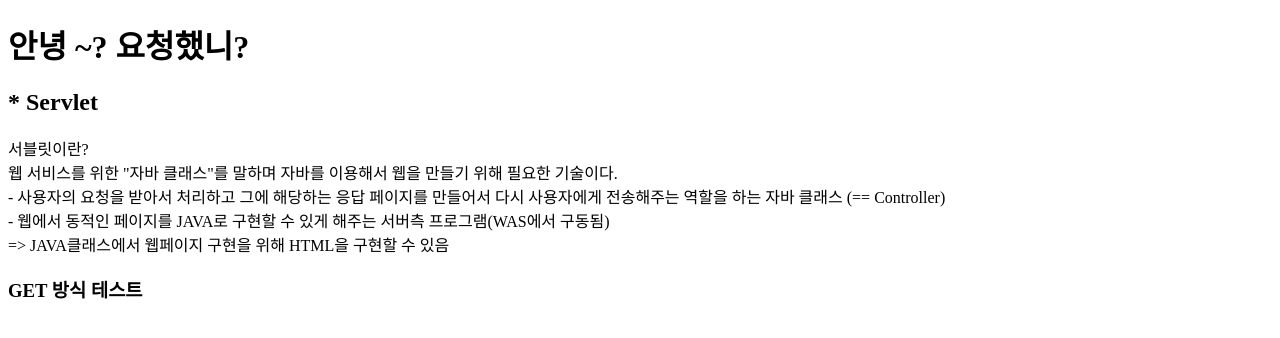
Repository: DonghwanSon1/StudyAndSubwayStore
Page: 1_Servlet/WebContent/index.html
An editor plug-in stored every save of this project. The page is shown before and after the next save, followed by the edit.
The browser window is 1280 px wide. The pictures show the whole page.

Above is the page before, as saved 2022-05-31 03:27:51.

### 1_Servlet/WebContent/index.html
<!DOCTYPE html>
<html>
<head>
<meta charset="UTF-8">
<title>서버 처음 연결</title>
</head>
<body>
	<!--
		1) 새롭게 워크스페이스를 만들어서 이클립스로 열기
		2) 워크스페이스 셋팅하기(workspace : 작업환경)

			2_1) 웹 어플리케이션 작업을 위해 java EE환경으로 설정(기본값)

			2_2) 보여질 UI탭들 셋팅하기 [window] - [Show View]
				(탭 : Navigator, Console, Problems, Servers)

			2_3) 인코딩 설정 및 서버 Runtime Environment셋팅 [window] - [Preferences]
				(General - workspace)
				(General - Editors - Text Editors - spelling)
				(Web - CSS File, HTML Files, JSP Files)
				(XML - XML Files)
				JSON - JSON Files)

			2_3_2) 서버 Runtime잡기 : 이클립스에서 서버를 실행할 수 있도록 연동하는 과정
					(servers - Runtime Environments)
					-- Add클릭  - 설치한 아파치 톰캣과 동일한 버전 선택 - Next
					- Name 수정가능(안하면 기본값) - Browse 선택 - 내가 압축해제한 아파치 톰캣 폴더 선택 - (Finish)

		3) 서버 생성하기

			3_1) [New] - [Server]

			3_2) 기본적으로 2_3_2번 과정에서 셋팅해놓은 Runtime이 잡혀있을것 ! (Server name만! 변경가능)

			3_3) Finish

			3_4) 생성된 서버 수정하기(만들어진 서버 더블 클릭)
				3_4_1) 포트번호 재설정(기본적으로 잡혀있는 8080포트와 오라클 포트가 동일하므로 충돌이 발생할 수 있다. 8080 -> 8888로 바꿔준다.)

				3_4_2) 왼쪽 하단에 ServerOptions에서 Serve Modules without publishing 체크!!!
					=> 요걸 안하면 output folder에 컴파일된 파일들이 잘 안가는 경우가 생길수 있다.!!
						무조건 꼭꼭꼭꼭꼭꼭 체크!! 중요

		4) Dynamic Web Project 만들기 !! (동적인 웹 어플리케이션)

			4_1) 프로젝트명 신중하게 작성할것 - Next

			4_2) default output folder 경로 재설정 : WebContent/WEB-INF/classes - Next
				=> output folder로 지정된 classes폴더에는 컴파일된 클래스 파일들이 들어간다.
				실제로 프로젝트 배포 시 WebContent폴더가 배포된다. (이 안에 컴파일된 클래스파일들이 있어야함!!)
				기본 경로(build/classes)로 지정해놓으면 해당 그 폴더가 WebContent안에 만들어지지 않음 주의!!!!!

			4_3) Context root : 이 어플리케이션만의 고유한 이름으로 지어줄것 (기본값 == 프로젝트명// 보통 재정의함)
				=> 하나의 서버로 여러개의 어플리케이션을 구동시킬수 있음.
				고유한 이름을 따라서 해당 어플리케이션에 접근하는 경로로 사용 가능하고, 어플리케이션들을 구분할 수 있음

				Content directory : 실제로 배포되는 폴더(즉, 서버에 올라가는 폴더)들의 최상위 폴더명을 지정하는것
									=> default output folder의 WebContent폴더로 지정할 것!!!!!!!!
				Generate web.xml deployment descriptor 무조건 체크할것 !!! (기본적으로 체크 안되어있음)
				=> web.xml => 기본적인 해당 어플리케이션의 전체 설정 정보를 가지고 있는 파일 (서버 실행과 동시에 메이페이지를 지정해줌)
				굳이 파일을  수정할 일 없으면 안만들어도 되지만 (내부적으로 server가 가지고 있는 web.xml파일이 존재하긴함)
				그래도 혹시나 수정을 한다거나 작업할 일이 있을수도있으므로 무조건 만들고 시작하자!!!

			4_4) Finish

		5) 새롭게 만든 Project 확인해보기!!

			5_1) [프로젝트] - [WebContent] - [WEB-INF] - classes폴더 잘 만들어졌는지 확인하기
			5_2) [프로젝트] - [WebContent] - [WEB-INF] - web.xml문서 잘 만들어졌는지 확인하기
			5_3) index.html파일만들기(꼭꼭꼭꼭 WebContent 폴더 내부에 만든다 꼭꼭꼭)

		6) 생성해놓은 서버에 어플리케이션 올리기
			=> 서버 오른쪽 클릭 => Add and Remove - 올리고자 하는 어플리케이션 선택 후 ADD버튼 누르고 - Finish

		7) Server start 후 웹 어플리케이션 요청해서 index 잘 열리는지 확인하기!
	 -->

	<h1>안녕 ~? 요청했니?</h1>

	<h2>* Servlet</h2>

	<p>
		서블릿이란? <br>
		웹 서비스를 위한 "자바 클래스"를 말하며 자바를 이용해서 웹을 만들기 위해 필요한 기술이다. <br>
		- 사용자의 요청을 받아서 처리하고 그에 해당하는 응답 페이지를 만들어서 다시 사용자에게 전송해주는 역할을 하는 자바 클래스 (== Controller) <br>
		- 웹에서 동적인 페이지를 JAVA로 구현할 수 있게 해주는 서버측 프로그램(WAS에서 구동됨) <br>

		=> JAVA클래스에서 웹페이지 구현을 위해 HTML을 구현할 수 있음
	</p>

	<h3><a>GET 방식 테스트</a></h3>
























</body>
</html>

After the next save:
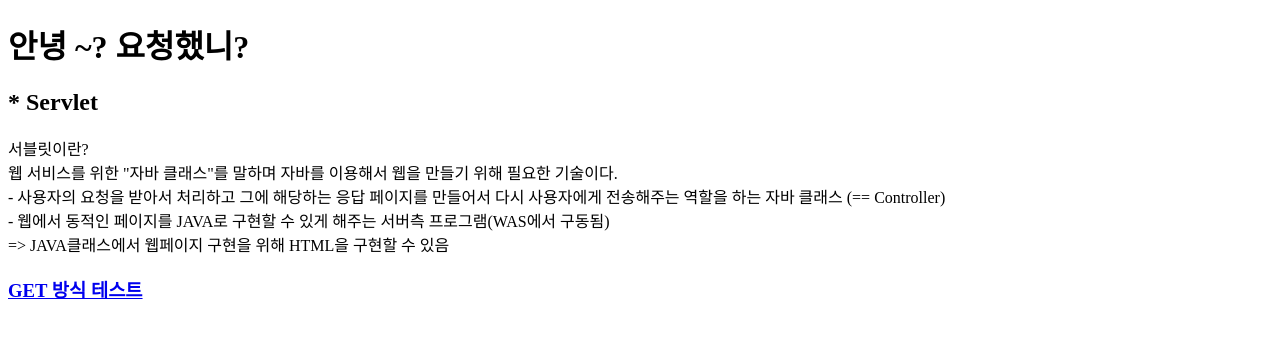
Saved 104 s later.
--- a/1_Servlet/WebContent/index.html
+++ b/1_Servlet/WebContent/index.html
@@ -88,7 +88,7 @@
 		=> JAVA클래스에서 웹페이지 구현을 위해 HTML을 구현할 수 있음
 	</p>
 
-	<h3><a>GET 방식 테스트</a></h3>
+	<h3><a href="view/requestTest_Get.html">GET 방식 테스트</a></h3>
 
 
 
